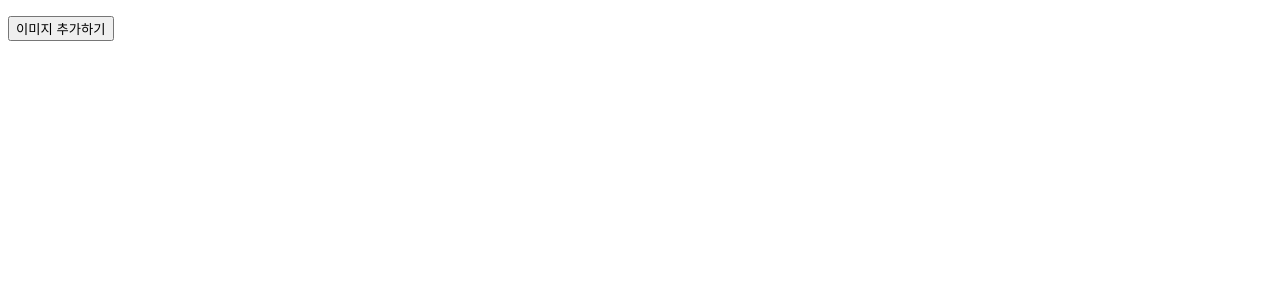
Repository: qkr5318/JSP_STUDY
Page: SIXTH_JSP/WebContent/study01/jQuery3.html
These files come from the project's save history. The page is drawn as it stood at one moment and after the next save; the edit follows.
The browser window is 1280 px wide. The pictures show the whole page.

Above is the page before, as saved 2023-01-06 05:56:40.

After the next save:
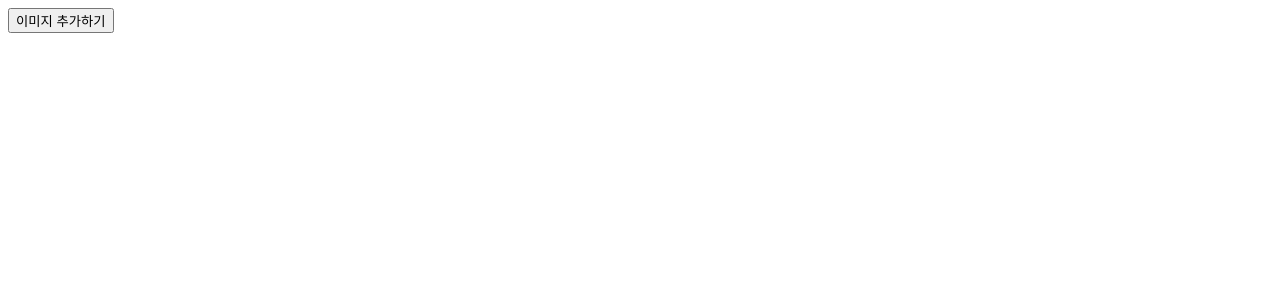
Saved 18 s later.
--- a/SIXTH_JSP/WebContent/study01/jQuery3.html
+++ b/SIXTH_JSP/WebContent/study01/jQuery3.html
@@ -23,8 +23,9 @@
 </script>
 </head>
 <body>
-	<div>
-		<p id="article"></p>
+	<!--  -->
+	<div class="class1">
+
 	</div>
 	<!-- 버튼 클릭시 addImage() 함수를 호출합니다. -->
 	<input type="button" value="이미지 추가하기" onclick="addImage()"/>
